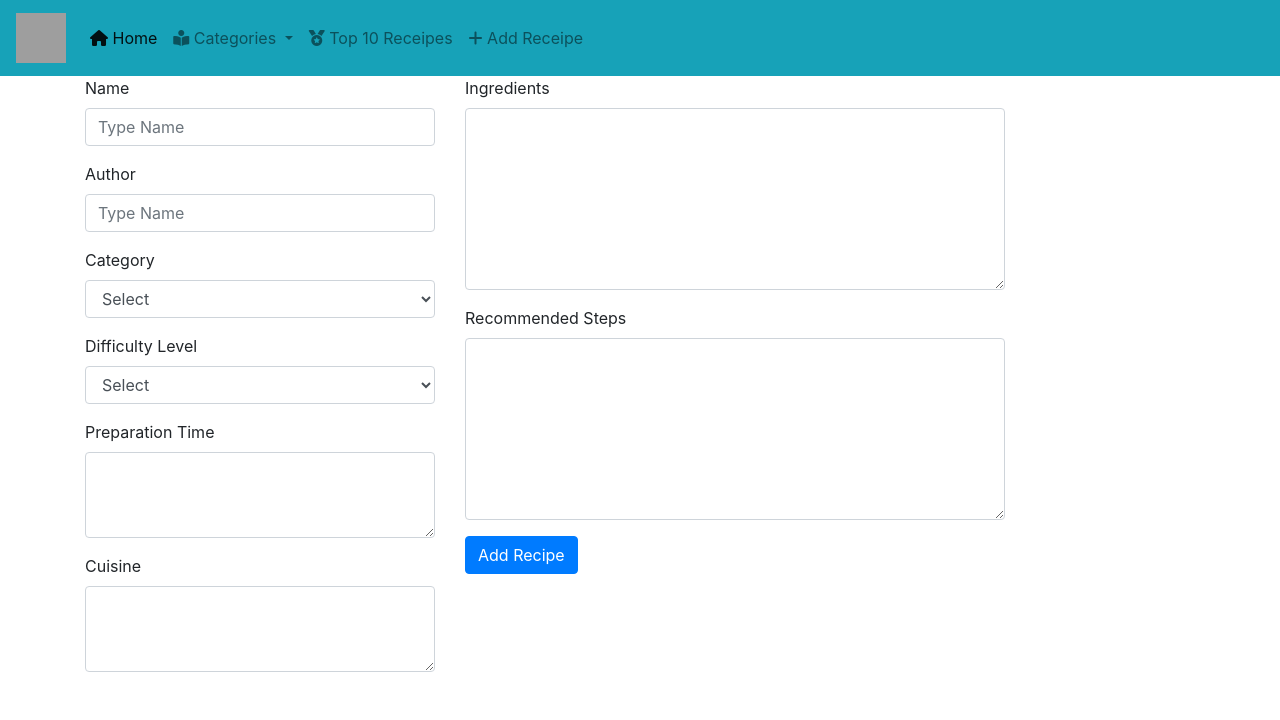
Repository: toderas/Flask-Cook-Book
Page: templates/addrecipe.html
The author's editor kept a record of every edit. The page is drawn from the files as they stood at one moment, then again after the next edit.
The browser window is 1280 px wide. The pictures show the whole page.
Pictures or frames that could not be fetched are drawn as grey boxes. Some web libraries are served in a nearby version. The page is served by the project's application, run on Flask 3 (cookbook.py). The template is opened directly, without the code that normally fills it, so the values that code supplies are empty.

Above is the page before.

After the next edit:
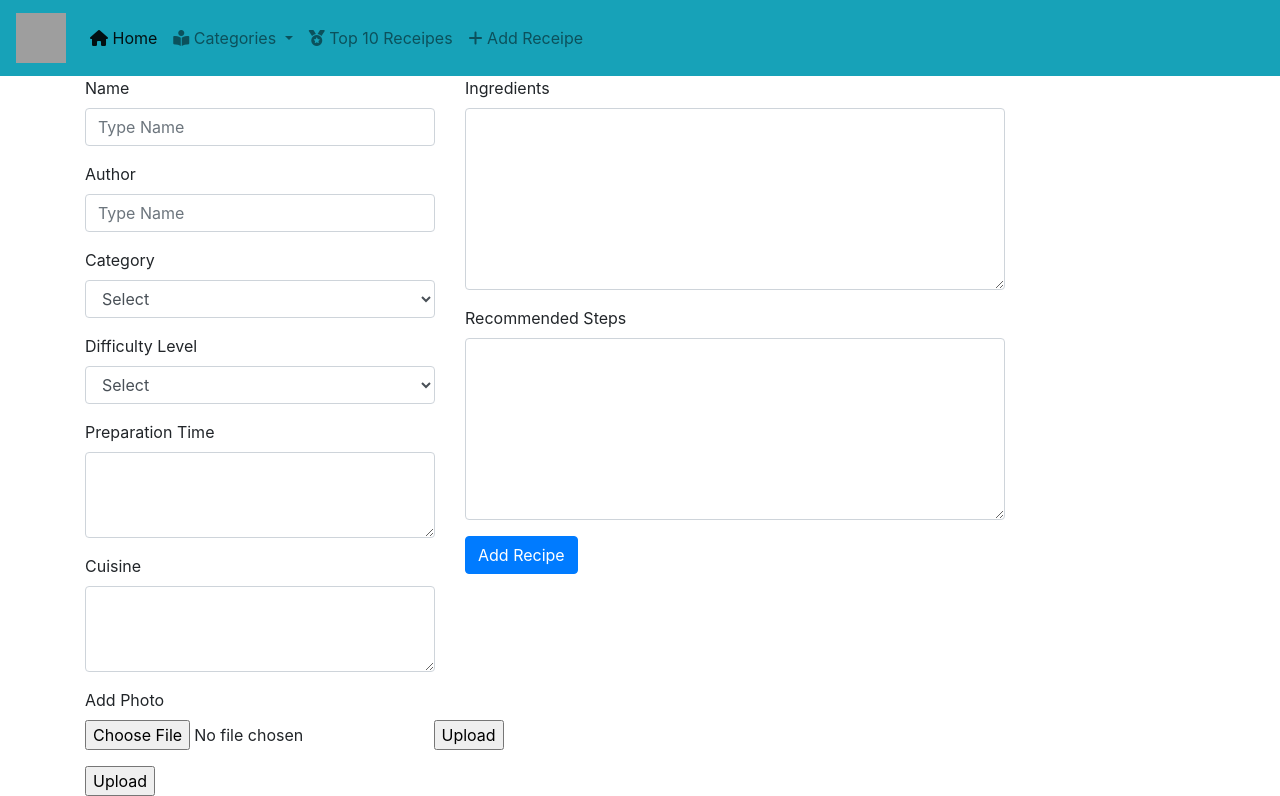
The edit:
--- a/templates/addrecipe.html
+++ b/templates/addrecipe.html
@@ -54,6 +54,14 @@
       </div>
     </div>
   </form>
+  <label for="exampleFormControlTextarea1">Add Photo</label>
+        <form action="upload_file" method="POST" enctype="multipart/form-data">
+          <p><input type=file name=file id="upload_file">
+            <input type=submit value=Upload>
+        </form>
+
+      <input type=submit value=Upload>
+  </form>
 </div>
 
 {% endblock %}

After the 4 edits that followed:
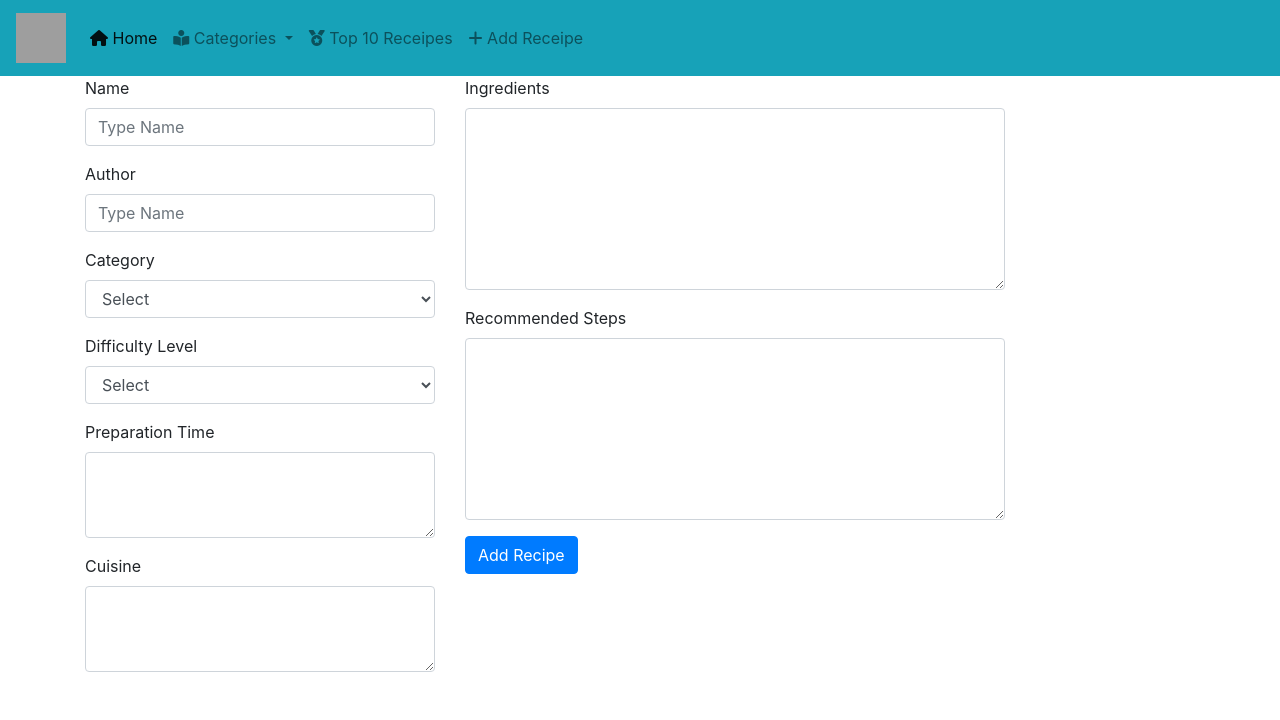
The 4 edits are shown as one change because 3 left the picture as it was.
The edit:
--- a/templates/addrecipe.html
+++ b/templates/addrecipe.html
@@ -54,14 +54,6 @@
       </div>
     </div>
   </form>
-  <label for="exampleFormControlTextarea1">Add Photo</label>
-        <form action="upload_file" method="POST" enctype="multipart/form-data">
-          <p><input type=file name=file id="upload_file">
-            <input type=submit value=Upload>
-        </form>
-
-      <input type=submit value=Upload>
-  </form>
 </div>
 
 {% endblock %}
